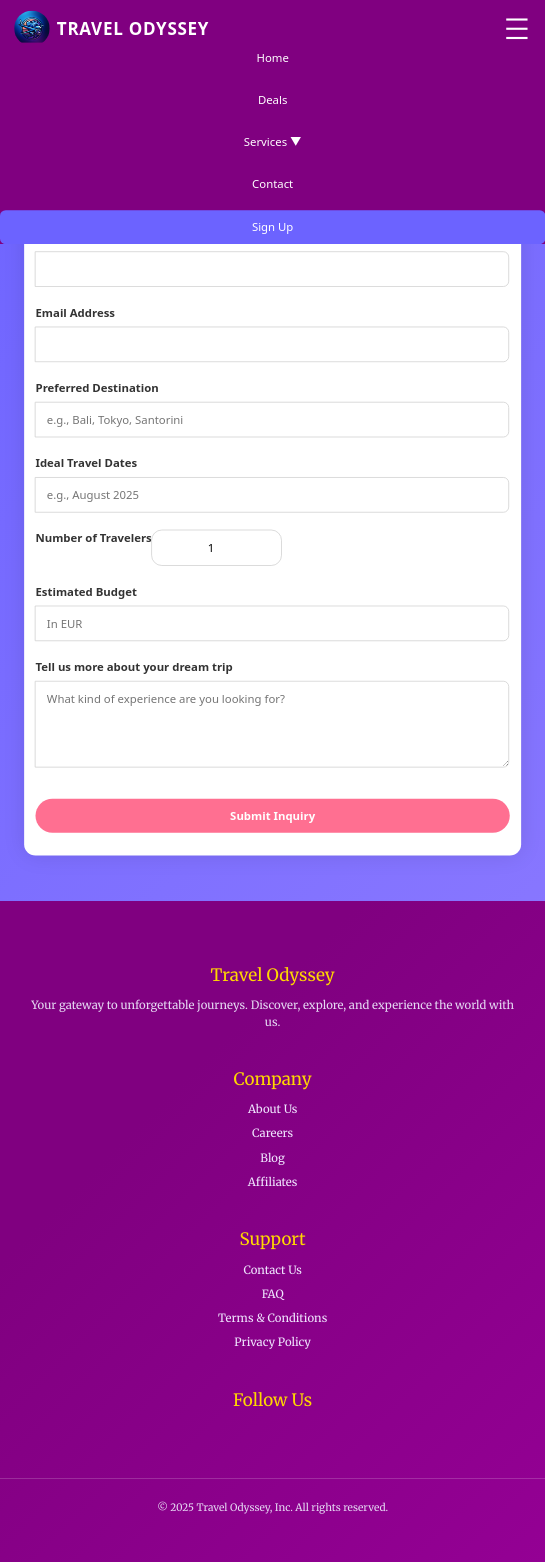
Repository: GHzPhoenix/Project-Odyssey
Page: Frontend/dream.html
An editor plug-in stored every save of this project. The page is shown before and after the next save, followed by the edit.
The browser window is 768 px wide. The pictures show the whole page, at 71% of full size.

Above is the page before, as saved 2025-06-18 20:26:00.

After the next save:
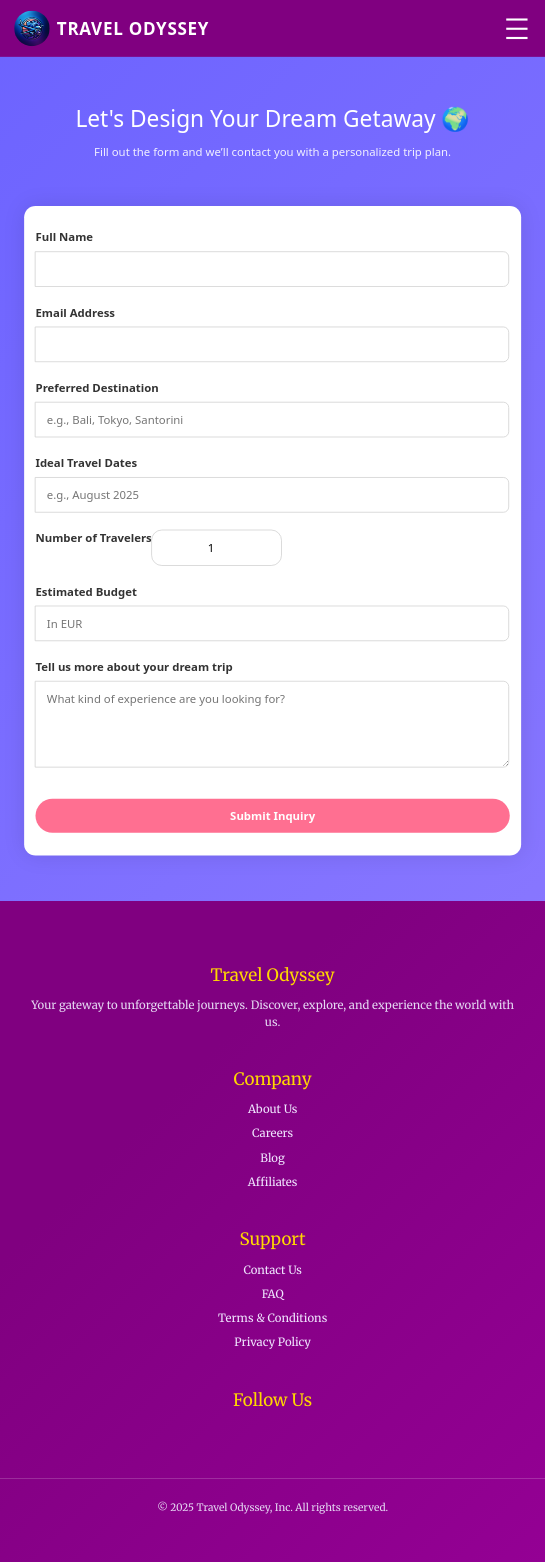
Saved 3 min 36 s later.
--- a/Frontend/css/dream.css
+++ b/Frontend/css/dream.css
@@ -194,3 +194,36 @@ main {
     font-size: 1rem;
   }
 }
+@media (max-width: 768px) {
+  nav ul {
+    display: none;
+    flex-direction: column;
+    position: absolute;
+    top: 60px;
+    left: 0;
+    width: 100%;
+    background-color: purple;
+    padding: 10px 0;
+    z-index: 1000;
+  }
+
+  nav ul.active {
+    display: flex;
+  }
+
+  nav ul li {
+    text-align: center;
+  }
+
+  .menu-toggle {
+    display: flex;
+  }
+
+  nav ul li .dropdown {
+    position: relative;
+    top: 0;
+    left: 0;
+    width: 100%;
+    box-shadow: none;
+  }
+}
